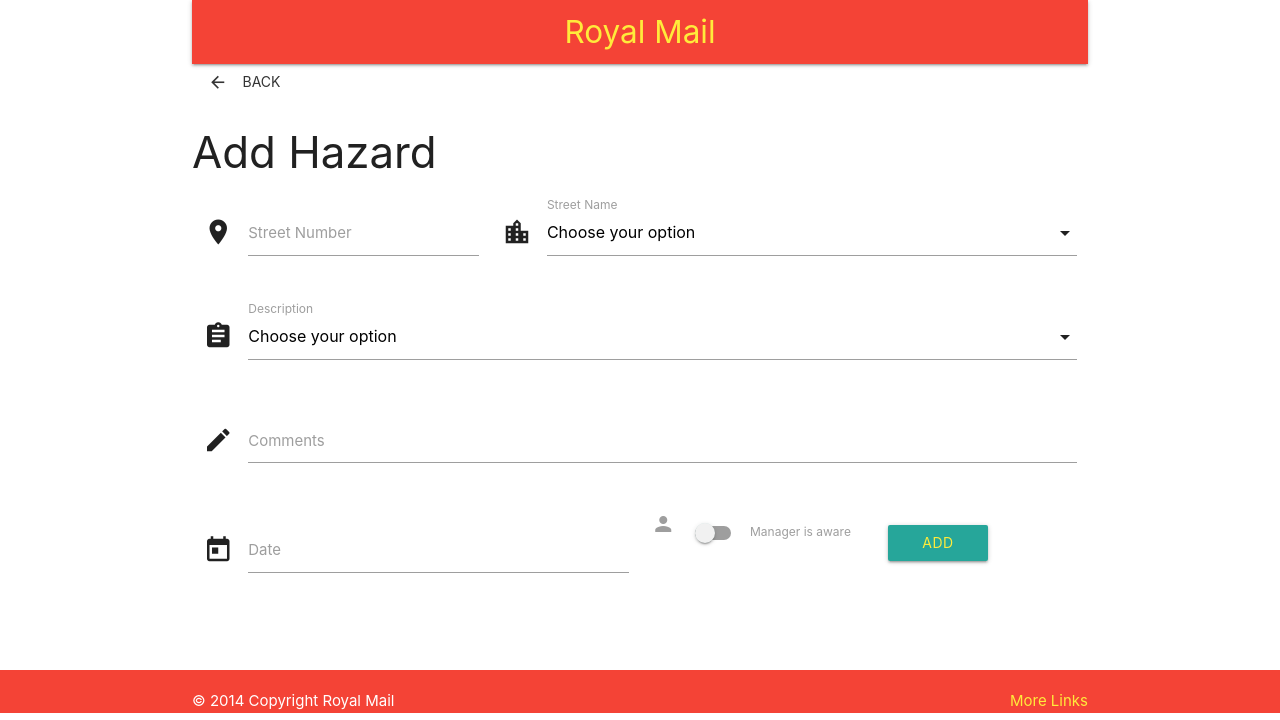
Repository: bandyp/Postal-Reminders
Page: http://localhost/add_hazard
The author's editor kept a record of every edit. The page is drawn from the files as they stood at one moment, then again after the next edit.
The browser window is 1280 px wide. The pictures show the whole page.
The page is served by the project's application, run on Flask 3 (app.py).

Above is the page before.

After the next edit:
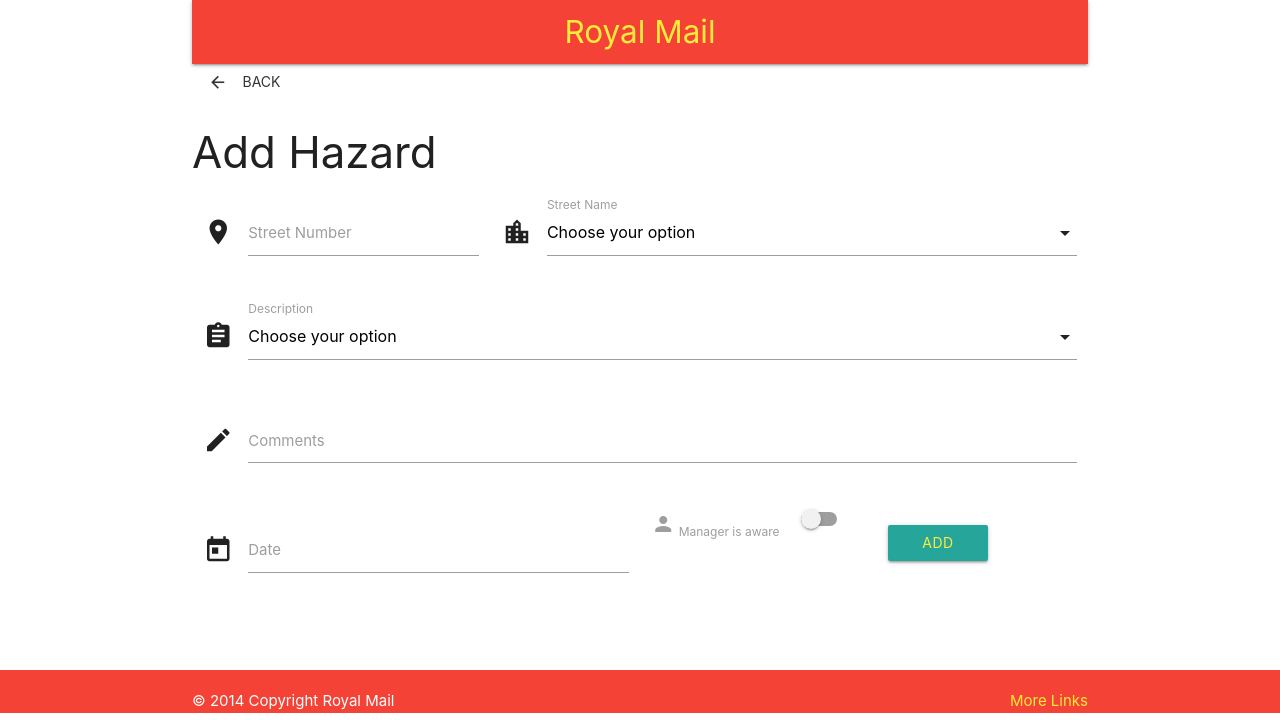
The edit:
--- a/templates/addhazard.html
+++ b/templates/addhazard.html
@@ -79,7 +79,7 @@
                 <label>
                     <i class="material-icons prefix">person</i>
                     <input id="management_aware" name="management_aware" type="checkbox">
-                    <span class="lever"></span>
+                    <span class="lever right"></span>
                       Manager is aware
                 </label>
             </div>
